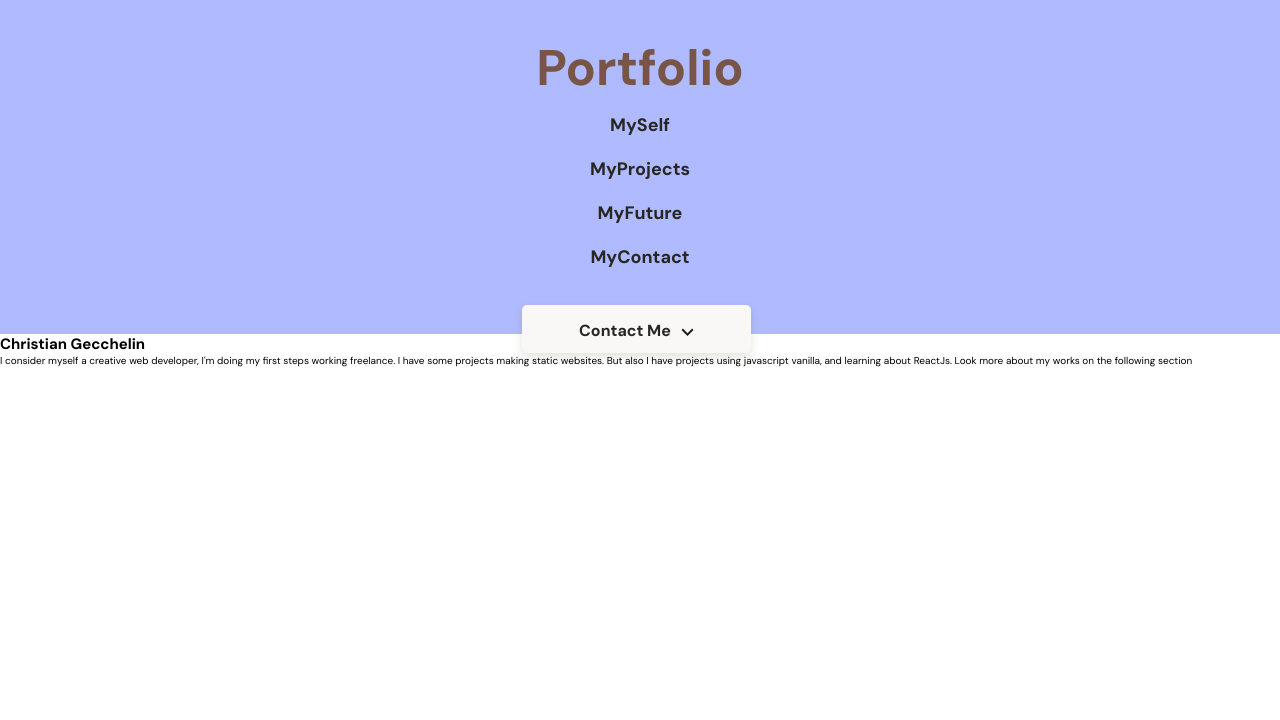
Repository: ChristianGecchelin/PortfolioOnline
Page: index.html
An editor plug-in stored every save of this project. The page is shown before and after the next save, followed by the edit.
The browser window is 1280 px wide. The pictures show the whole page.

Above is the page before, as saved 2022-01-08 20:10:13.

### index.html
<!DOCTYPE html>
<html lang="en">
  <head>
    <meta charset="UTF-8" />
    <meta http-equiv="X-UA-Compatible" content="IE=edge" />
    <meta name="viewport" content="width=device-width, initial-scale=1.0" />
    <title>Portfolio Christian</title>
    <link rel="preconnect" href="https://fonts.googleapis.com" />
    <link rel="preconnect" href="https://fonts.gstatic.com" crossorigin />
    <link
      href="https://fonts.googleapis.com/css2?family=DM+Sans:wght@400;500;700&family=Inter:wght@300;500&display=swap"
      rel="stylesheet"
    />
    <link rel="stylesheet" href="./styles/styles.css" />
  </head>
  <body>
    <header>
      <nav>
        <h1>Portfolio</h1>
        <ul class="list-container">
          <li class="list-container-link">
            <a class="" href="">MySelf</a>
          </li>
          <li class="list-container-link">
            <a class="" href="">MyProjects</a>
          </li>
          <li class="list-container-link">
            <a class="" href="">MyFuture</a>
          </li>
          <li class="list-container-link">
            <a class="" href="">MyContact</a>
          </li>
        </ul>
        <a class="header--nav-button" href="#MyContact">
          Contact Me<span></span
        ></a>
      </nav>
    </header>
    <main>
      <section class="principalContainer-mySelf"></section>
      <div class="principalContainer-mySelf--image">
        <div class="image-cv"></div>
      </div>
      <div class="principalContainer-mySelf--information">
        <h2>Christian Gecchelin</h2>
        <p>
          I consider myself a creative web developer, I'm doing my first steps
          working freelance. I have some projects making static websites. But
          also I have projects using javascript vanilla, and learning about
          ReactJs. Look more about my works on the following section
        </p>
      </div>
      <section class="principalContainer-myProject"></section>
      <section class="principalContainer-myFuture"></section>
      <section class="principalContainer-myContact"></section>
    </main>
  </body>
</html>

### styles/styles.css
:root {
  --strong-orange: #f7931a;
  --soft-orange: #ffe9d5;
  --secondary-blue: #1a9af7;
  --soft-blue: #e7f5ff;
  --warm-black: #201e1c;
  --black: #282623;
  --grey: #bababa;
  --off-white: #faf8f7;
  --just-white: #fff;
  --light-violet: #b0bbff;
  --strong-violet: #5764b3;
  --skin-color: #ffecb0;
  --yellow-skin-color: #fff3c9;
  --almost-brown: #b3a169;
}
* {
  box-sizing: border-box;
  margin: 0;
  padding: 0;
}
html {
  font-size: 62.5%;
  font-family: "DM Sans", sans-serif;
}
header {
  display: flex;
  flex-direction: column;
  justify-content: center;
  height: 334px;
  background: var(--light-violet);
  text-align: center;
}
header nav {
  flex-direction: column;
  justify-content: center;
  width: 90%;
  min-width: 288px;
  height: 218px;
  align-self: center;
  text-align: center;
  margin-top: -30px;
}
header nav h1 {
  font-size: 5rem;
  font-weight: 700;
  line-height: 5rem;
  color: #795548;
}

header nav .list-container-link {
  margin-top: 20px;
  list-style: none;
}
header nav .list-container-link a {
  font-size: 1.8rem;
  font-weight: 700;
  line-height: 2.4rem;
  text-decoration: none;
  color: var(--black);
}

header nav .header--nav-button {
  position: absolute;
  top: 270px;
  left: calc(50% - 118px);
  display: block;
  margin-top: 35px;
  padding: 15px;
  width: 229px;
  height: 48px;
  background-color: var(--off-white);
  font-size: 1.6rem;
  font-weight: 700;
  text-decoration: none;
  color: var(--black);
  box-shadow: 0px 4px 8px rgba(89, 73, 30, 0.16);
  border: none;
  border-radius: 5px;
}
header nav .header--nav-button span {
  display: inline-block;
  width: 13px;
  height: 8px;
  margin-left: 10px;
  background-image: url(../assets/icons/down-arrow.svg);
}
main {
  width: 100%;
  height: auto;
}
main .principalContainer-mySelf {
  display: flex;
  flex-direction: column;
  justify-content: center;
  width: 90%;
  min-width: 320px;
  height: auto;
}
.principalContainer-mySelf--image .image-cv {
  min-width: 320px;
  height: auto;
  margin: 0 auto;
  background-image: url(../assets/images/IMG_4340.JPG);
  background-size: cover;
  background-position: center;
  background-repeat: no-repeat;
}

After the next save:
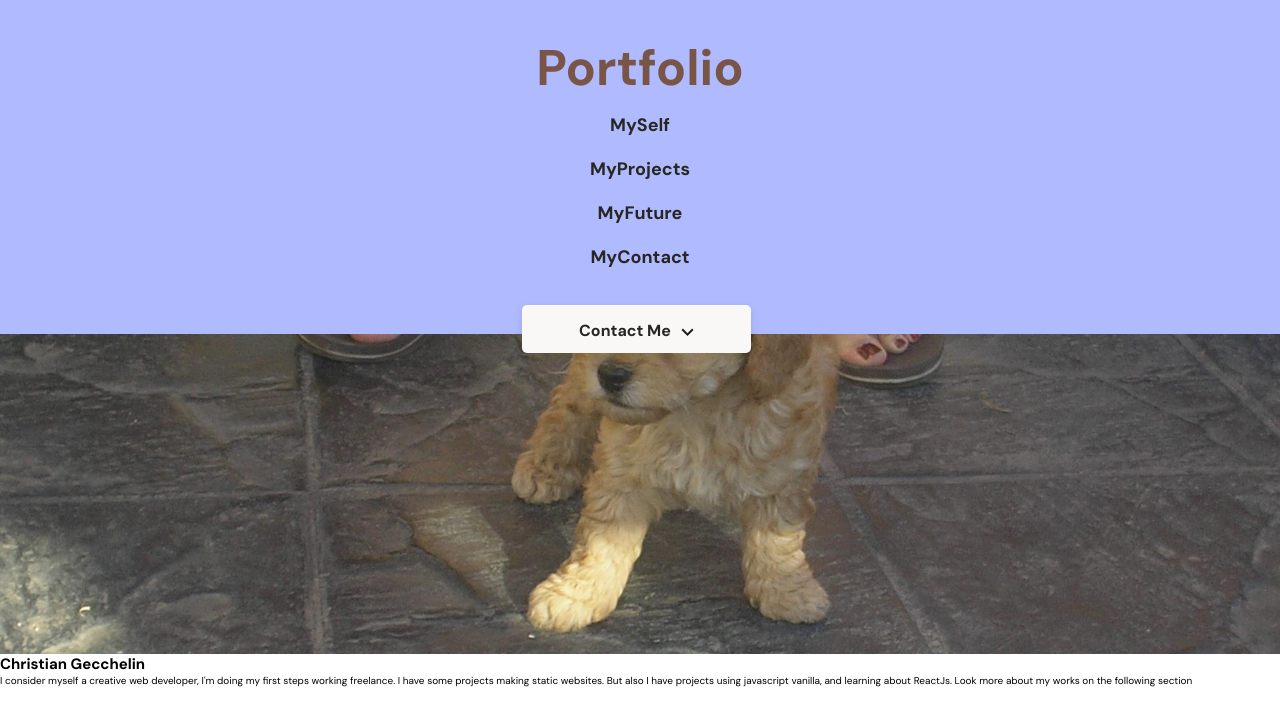
Saved 18 s later.
--- a/styles/styles.css
+++ b/styles/styles.css
@@ -99,7 +99,7 @@ main .principalContainer-mySelf {
 }
 .principalContainer-mySelf--image .image-cv {
   min-width: 320px;
-  height: auto;
+  height: 320px;
   margin: 0 auto;
   background-image: url(../assets/images/IMG_4340.JPG);
   background-size: cover;
